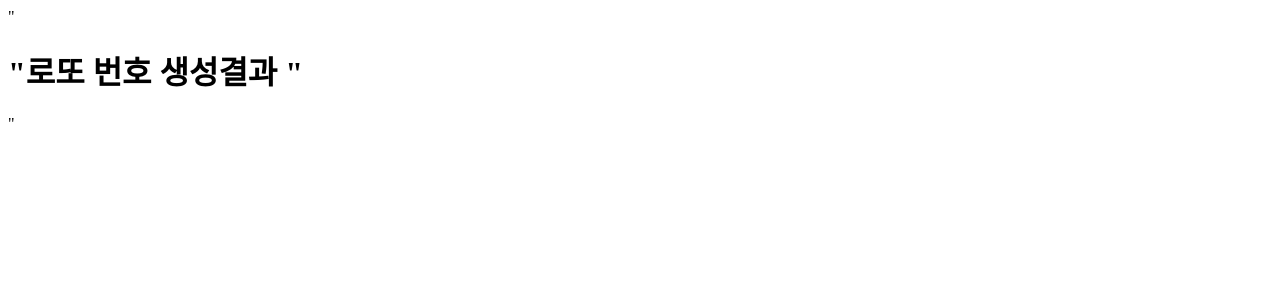
Repository: SimpleRan/jsp_paractice2
Page: http://localhost/JSPBasic/jsptag/tag_quiz03.jsp
These files come from the project's save history. The page is drawn as it stood at one moment and after the next save; the edit follows.
The browser window is 1280 px wide. The pictures show the whole page.
The page is served by Tomcat 9.

Above is the page before, as saved 2022-03-24 08:39:45.

### JSPBasic/src/main/webapp/jsptag/tag_quiz03.jsp
<%@ page language="java" contentType="text/html; charset=UTF-8"
    pageEncoding="UTF-8"%>
<!DOCTYPE html>
<html>
<head>
<meta charset="UTF-8">
<title>Insert title here</title>
</head>
<body>
<%
	// 결과페이지를 보고 만들어주세요.

%>

 	 "<h1>"로또 번호 생성결과 "</h1>"
</body>
</html>

After the next save:
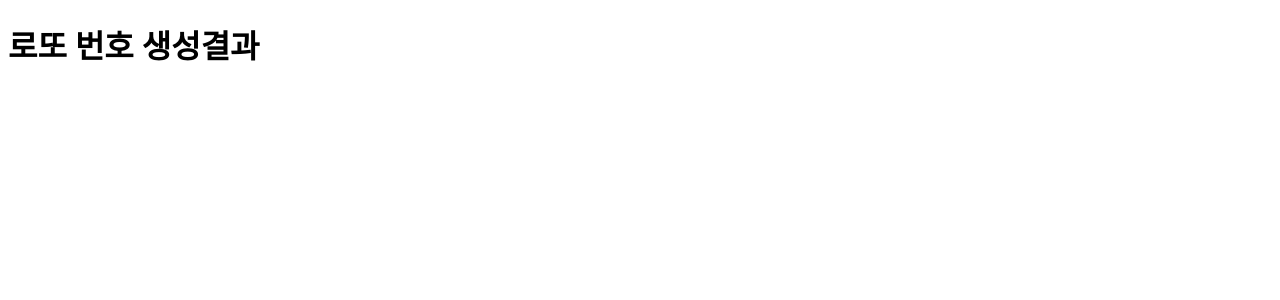
Saved 13 s later.
--- a/JSPBasic/src/main/webapp/jsptag/tag_quiz03.jsp
+++ b/JSPBasic/src/main/webapp/jsptag/tag_quiz03.jsp
@@ -12,6 +12,6 @@
 
 %>
 
- 	 "<h1>"로또 번호 생성결과 "</h1>"
+ 	 <h1>로또 번호 생성결과 </h1>
 </body>
 </html>
